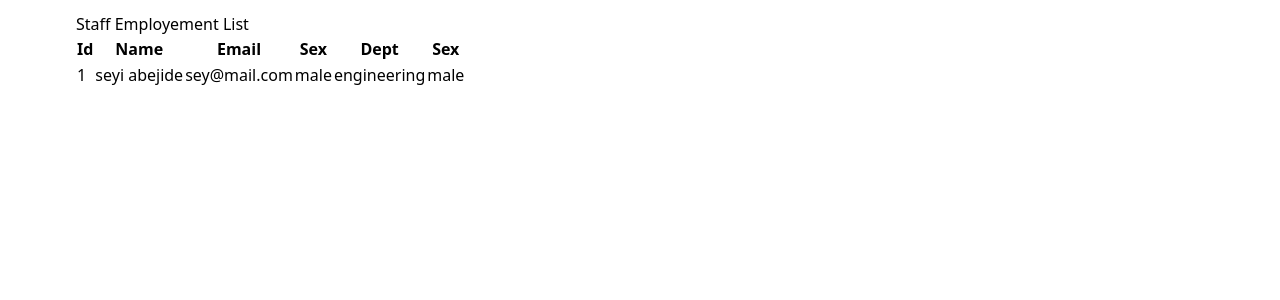
Repository: Semanmernstack/crud
Page: /
The author's editor kept a copy of each file at every save. The page is drawn from the files as they stood at one save, then again after the next save.
The browser window is 1280 px wide. The pictures show the whole page.
The project was rebuilt for these pictures with package versions that can differ from the ones it lists, and the page was loaded fresh each time. Also part of the build but not shown: src/Details.js, src/Create.js, src/Edit.js.

Above is the page before, as saved 2022-12-23 03:11:17.

After the next save:
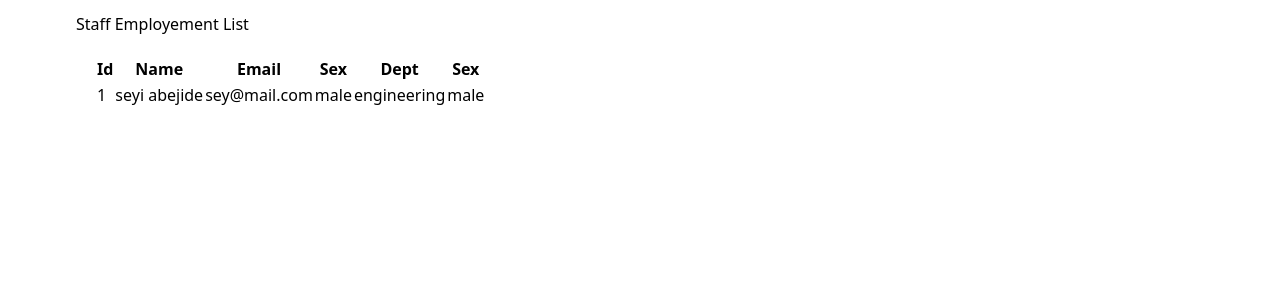
Saved 7 s later.
--- a/src/List.js
+++ b/src/List.js
@@ -8,7 +8,7 @@
 
 
         <table className="table-auto   " >
-            <div className="gap-7">
+            <div className="p-5">
             <thead>
                 <tr>
                     <th>Id</th>

After the save that followed:
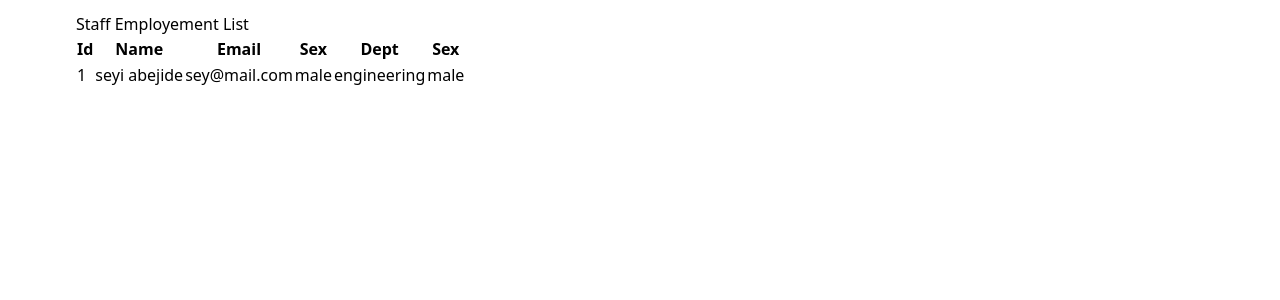
Saved 35 s later.
--- a/src/List.js
+++ b/src/List.js
@@ -8,7 +8,7 @@
 
 
         <table className="table-auto   " >
-            <div className="p-5">
+            <div className="max-w-5xl">
             <thead>
                 <tr>
                     <th>Id</th>
